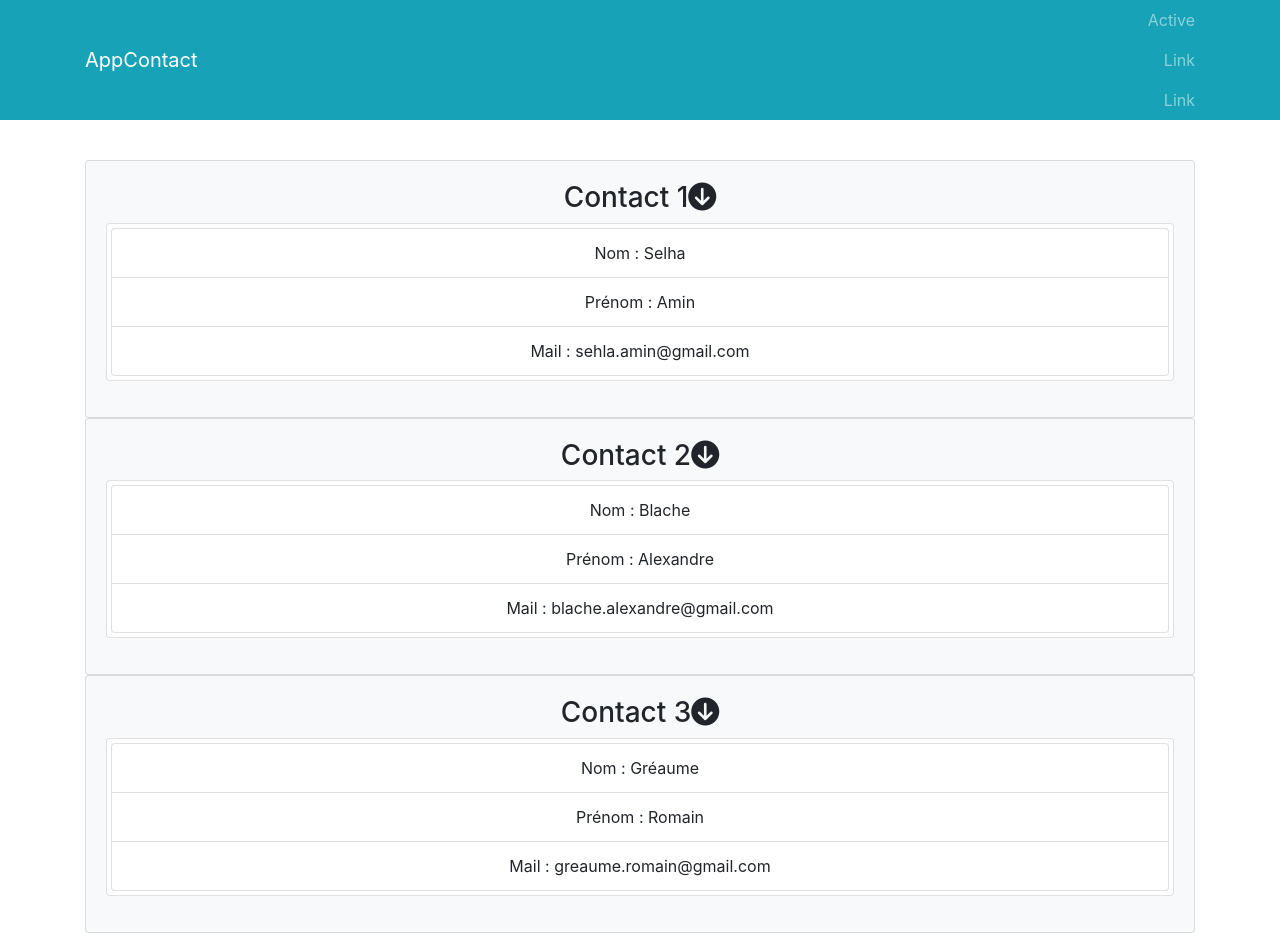
Repository: romgrm/appContact
Page: /
The author's editor kept a copy of each file at every save. The page is drawn from the files as they stood at one save, then again after a run of saves.
The browser window is 1280 px wide. The pictures show the whole page.
Some web libraries are served in a nearby version. The project was rebuilt for these pictures with package versions that can differ from the ones it lists, and the page was loaded fresh each time.

Above is the page before, as saved 2020-12-02 21:26:36.

After the next 2 saves:
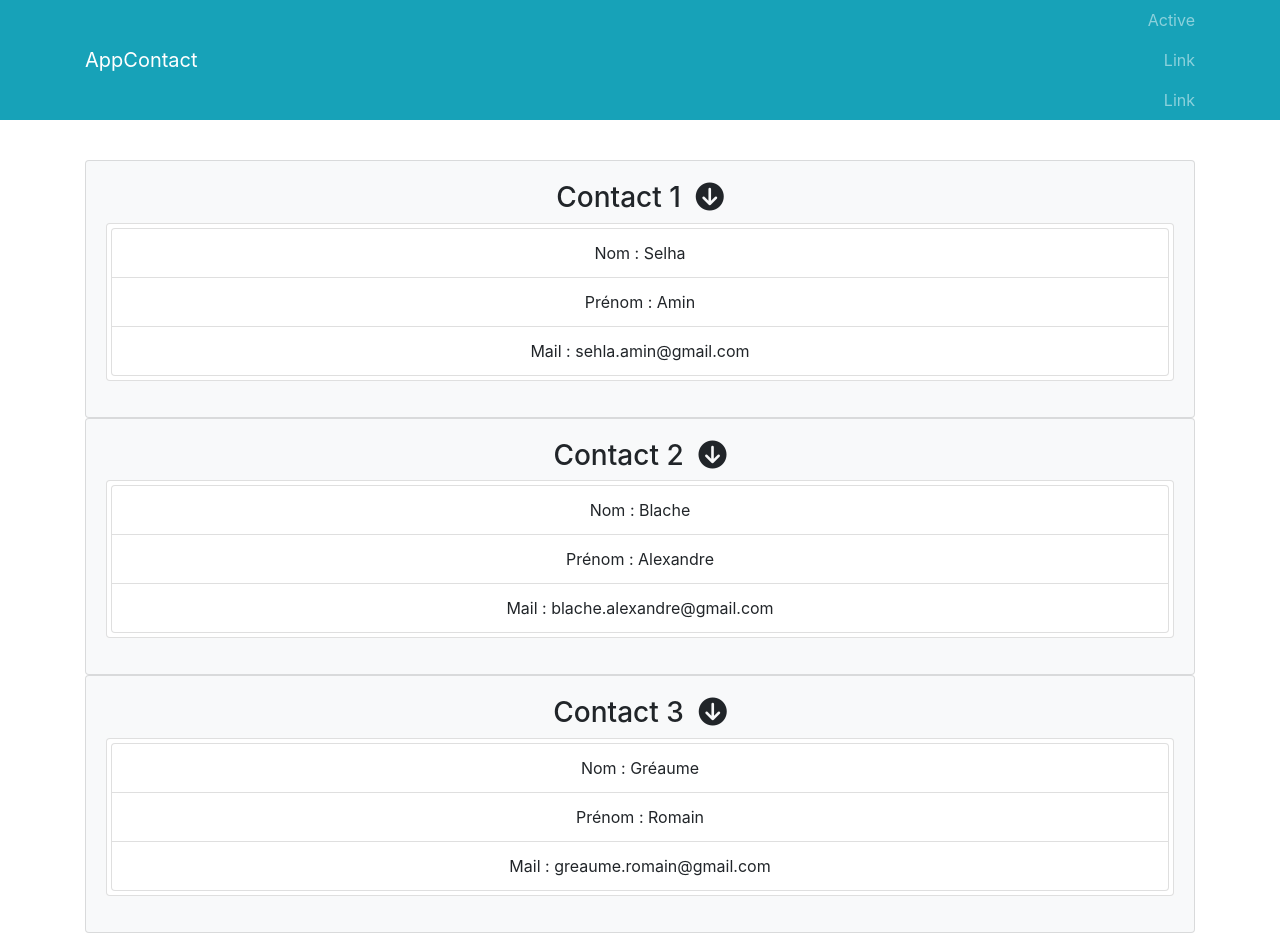
The 2 saves are shown as one change because they came seconds apart.
The last was saved 8 s later.
--- a/src/Components/Contact.js
+++ b/src/Components/Contact.js
@@ -4,7 +4,7 @@ export default class Contact extends Component {
     render() {
         return (
             <div className="card card-body bg-light text-center">
-                <p className="h3">{this.props.Contact}<i className="fas fa-arrow-circle-down "></i></p>
+                <p className="h3">{this.props.Contact} &nbsp;<i className="fas fa-arrow-circle-down "></i></p>
                 <ul className="card card-body p-1">
                     <li className="list-group-item"> Nom : {this.props.Nom}</li>
                     <li className="list-group-item"> Prénom : {this.props.Prenom}</li>
